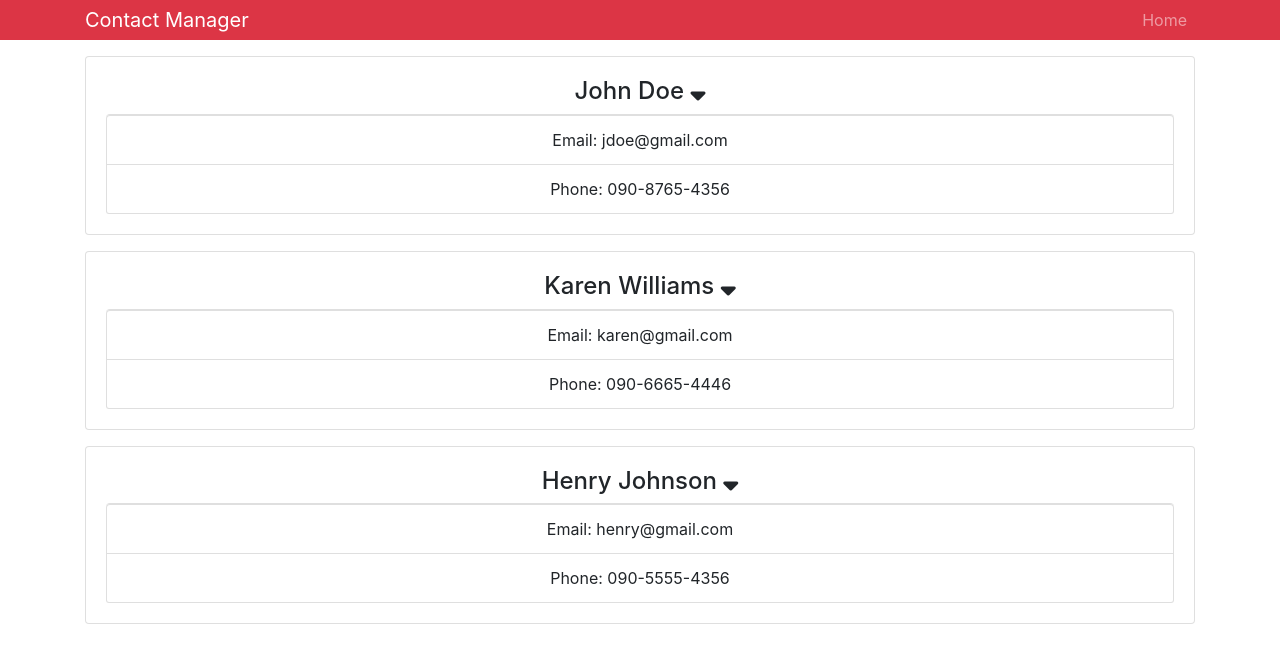
Repository: IkennaU/contactmanager
Page: /about
An editor plug-in stored every save of this project. The page is shown before and after the next save, followed by the edit.
The browser window is 1280 px wide. The pictures show the whole page.
Some web libraries are served in a nearby version. The project was rebuilt for these pictures with package versions that can differ from the ones it lists, and the page was loaded fresh each time.

Above is the page before, as saved 2020-07-21 15:12:57.

### public/index.html
<!DOCTYPE html>
<html lang="en">
  <head>
    <meta charset="utf-8" />
    <link rel="icon" href="%PUBLIC_URL%/favicon.ico" />
    <meta name="viewport" content="width=device-width, initial-scale=1" />
    <meta name="theme-color" content="#000000" />
    <meta
      name="description"
      content="Web site created using create-react-app"
    />
    <link rel="apple-touch-icon" href="%PUBLIC_URL%/logo192.png" />
    <!--
      manifest.json provides metadata used when your web app is installed on a
      user's mobile device or desktop. See https://developers.google.com/web/fundamentals/web-app-manifest/
    -->
    <link rel="manifest" href="%PUBLIC_URL%/manifest.json" />
    <!--
      Notice the use of %PUBLIC_URL% in the tags above.
      It will be replaced with the URL of the `public` folder during the build.
      Only files inside the `public` folder can be referenced from the HTML.

      Unlike "/favicon.ico" or "favicon.ico", "%PUBLIC_URL%/favicon.ico" will
      work correctly both with client-side routing and a non-root public URL.
      Learn how to configure a non-root public URL by running `npm run build`.
    -->
    <title>Contact Manager</title>
  </head>
  <body>
    <noscript>You need to enable JavaScript to run this app.</noscript>
    <div id="root"></div>
    <!--
      This HTML file is a template.
      If you open it directly in the browser, you will see an empty page.

      You can add webfonts, meta tags, or analytics to this file.
      The build step will place the bundled scripts into the <body> tag.

      To begin the development, run `npm start` or `yarn start`.
      To create a production bundle, use `npm run build` or `yarn build`.
    -->
  </body>
  <script src="https://kit.fontawesome.com/98795c63b9.js"></script>
</html>

### src/App.js
import React from "react";
import Contact from "./components/Contact";
import Contacts from "./components/Contacts";
import Header from "./components/Header";
import "bootstrap/dist/css/bootstrap.min.css";

import "./App.css";

function App() {
  return (
    <div className="App">
      <Header branding="Contact Manager" />
      <div className="container">
        <Contacts />
      </div>
    </div>
  );
}

export default App;

### src/components/Contact.js
import React, { Component } from "react";
import PropTypes from "prop-types";

class Contact extends Component {
  static propTypes = {
    name: PropTypes.string.isRequired,
    email: PropTypes.string.isRequired,
    phone: PropTypes.string.isRequired,
  };
  state = {
    showContactInfo: true,
  };
  onShowClick = (e) => {
    this.setState({ showContactInfo: !this.state.showContactInfo });
  };

  render() {
    return (
      <div className="card card-body mb-3">
        <h4>
          {this.props.name}{" "}
          <i
            onClick={this.onShowClick}
            className="fas fa-sort-down"
            style={{ cursor: "pointer" }}
          />
        </h4>
        {this.state.showContactInfo ? (
          <ul className="list-group">
            <li className="list-group-item">Email: {this.props.email}</li>
            <li className="list-group-item">Phone: {this.props.phone}</li>
          </ul>
        ) : null}
      </div>
    );
  }
}

export default Contact;

### src/components/Contacts.js
import React, { Component } from "react";
import PropTypes from "prop-types";
import Contact from "./Contact";

class Contacts extends Component {
  static propTypes = {};

  constructor() {
    super();
    this.state = {
      contacts: [
        {
          id: 1,
          name: "John Doe",
          email: "jdoe@gmail.com",
          phone: "090-8765-4356",
        },
        {
          id: 2,
          name: "Karen Williams",
          email: "karen@gmail.com",
          phone: "090-6665-4446",
        },
        {
          id: 3,
          name: "Henry Johnson",
          email: "henry@gmail.com",
          phone: "090-5555-4356",
        },
      ],
    };
  }

  render() {
    const { contacts } = this.state;
    return (
      <div>
        {contacts.map((contact) => (
          <Contact
            key={contact.id}
            name={contact.name}
            email={contact.email}
            phone={contact.phone}
          />
        ))}{" "}
      </div>
    );
  }
}

export default Contacts;

### src/components/Header.js
import React from "react";
import PropTypes from "prop-types";

function Header(props) {
  return (
    <nav className="navbar navbar-expand-sm navbar-dark bg-danger mb-3 py-0">
      <div className="container">
        <a href="/" className="navbar-brand">
          {props.branding}
        </a>
        <div>
          <ul className="navbar-nav mr-auto">
            <li className="nav-item">
              <a href="/" className="nav-link">
                Home
              </a>
            </li>
          </ul>
        </div>
      </div>
    </nav>
  );
}
Header.propTypes = { branding: PropTypes.string.isRequired };

export default Header;

Loaded but not shown: src/index.js (common file); src/serviceWorker.js (common file); src/App.css (common file)

After the next save:
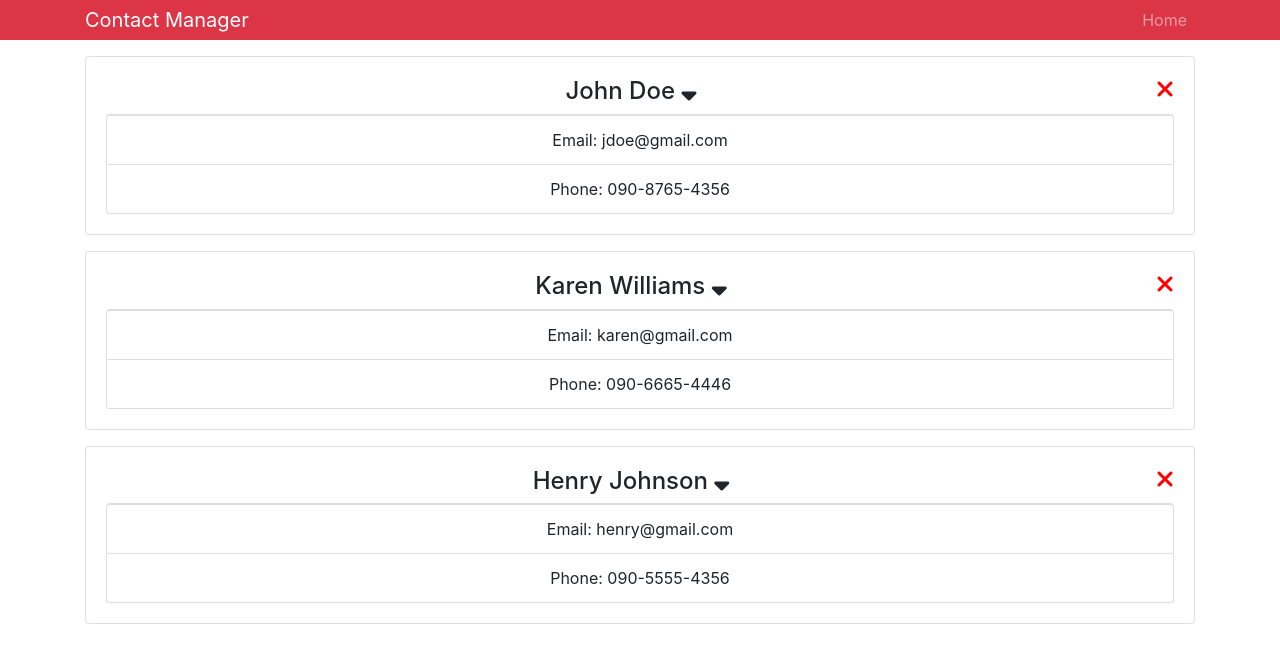
Saved 4 min 31 s later.
--- a/src/components/Contact.js
+++ b/src/components/Contact.js
@@ -24,6 +24,10 @@ class Contact extends Component {
             className="fas fa-sort-down"
             style={{ cursor: "pointer" }}
           />
+          <i
+            className="fas fa-times"
+            style={{ cursor: "pointer", float: "right", color: "red" }}
+          ></i>
         </h4>
         {this.state.showContactInfo ? (
           <ul className="list-group">
